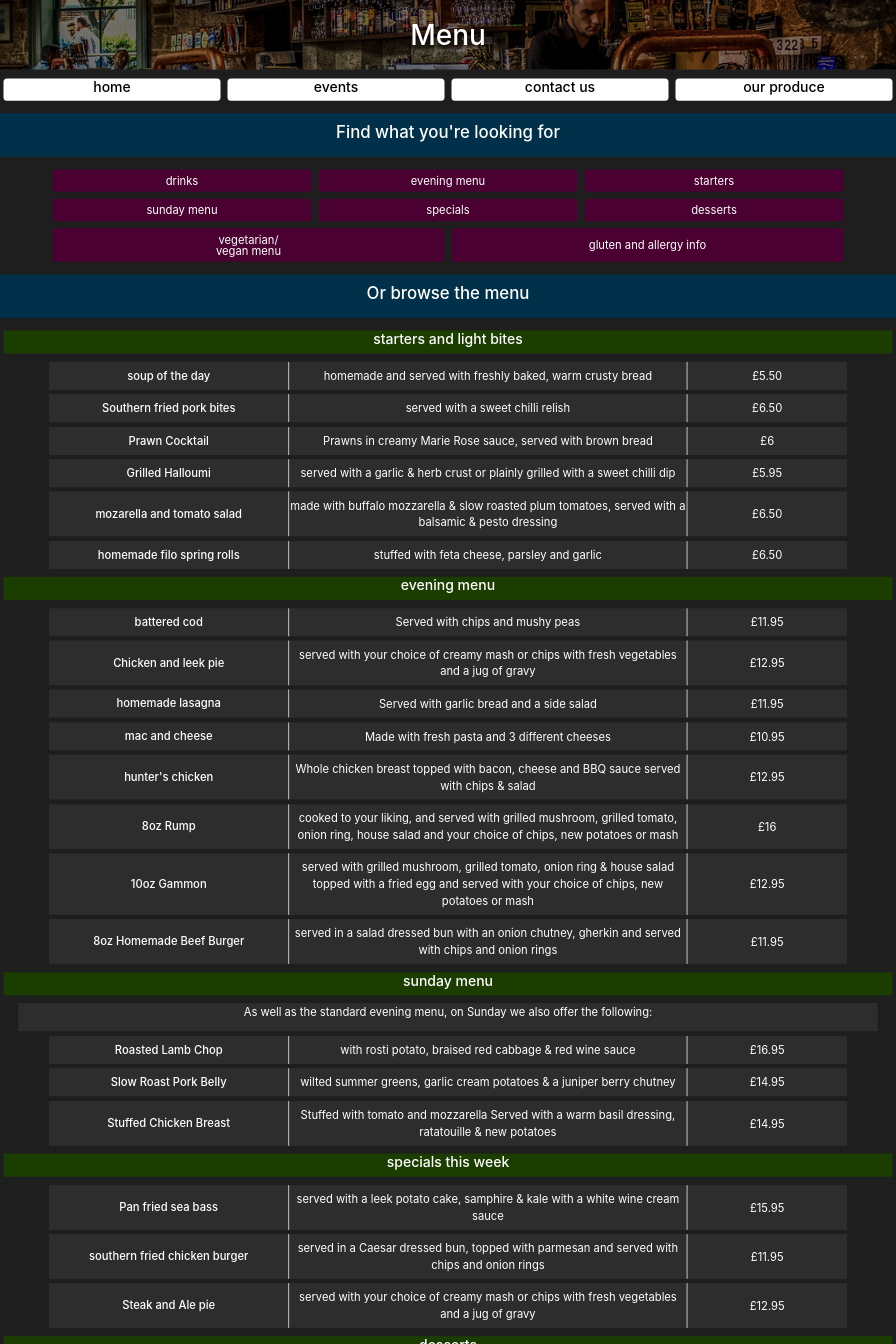
Repository: Code-Institute-Submissions/JamesLStudent-Milestone_One
Page: menu.html
The author's editor kept a record of every edit. The page is drawn from the files as they stood at one moment, then again after the next edit.
The browser window is 1280 px wide. The pictures show the part of the page from y = 0 to 1920 px (the page is 3155 px tall before and 3197 px after), at 70% of full size.

Above is the page before.
Console error: TypeError: Cannot read properties of undefined (reading 'fn')

### menu.html
<!DOCTYPE html>
<html lang="en">

<head>
    <meta charset="UTF-8">
    <meta name="viewport" content="width=device-width, initial-scale=1.0">
    <meta http-equiv="X-UA-Compatible" content="ie=edge">
    <title>Old Inn - Menu</title>
    <link href="Assets/main.css" rel="stylesheet" type="text/css" />
    <link rel="stylesheet" href="https://stackpath.bootstrapcdn.com/bootstrap/4.3.1/css/bootstrap.min.css" integrity="sha384-ggOyR0iXCbMQv3Xipma34MD+dH/1fQ784/j6cY/iJTQUOhcWr7x9JvoRxT2MZw1T" crossorigin="anonymous">
    <script src="https://stackpath.bootstrapcdn.com/bootstrap/4.3.1/js/bootstrap.min.js" integrity="sha384-JjSmVgyd0p3pXB1rRibZUAYoIIy6OrQ6VrjIEaFf/nJGzIxFDsf4x0xIM+B07jRM" crossorigin="anonymous"></script>
</head>

<body class="bg">
    <div class="menu-h1-background">
        <h1>Menu</h1>
    </div>
    <nav>
        <a href="index.html">
            <div class="col-6 col-md-12 col-lg-3 navigation-item black-text">
                <h5>home</h5>
            </div>
        </a>
        <a href="events.html">
            <div class="col-6 col-md-12 col-lg-3 navigation-item black-text">
                <h5>events</h5>
            </div>
        </a>
        <a href="contacts.html">
            <div class="col-12 col-md-12 col-lg-3 navigation-item black-text">
                <h5>contact us</h5>
            </div>
        </a>
        <a href="produce.html">
            <div class="col-12 col-md-12 col-lg-3 navigation-item black-text">
                <h5>our produce</h5>
            </div>
        </a>
    </nav>
    <div class="centerer">
        <div class="subtitle">
            <h4>Find what you're looking for</h4>
        </div>
        <div class="spacer"></div>
        <div class="container">
            <div class="row">
                <a href="#drinks" class="small-link col-4">
                    <p class="vert-align">drinks</p>
                </a>
                <a href="#evening" class="small-link col-4">
                    <p class="vert-align">evening menu</p>
                </a>
                <a href="#starters" class="small-link col-4">
                    <p class="vert-align">starters</p>
                </a>
                <a href="#sunday" class="small-link col-4">
                    <p class="vert-align">sunday menu</p>
                </a>
                <a href="#specials" class="small-link col-4">
                    <p class="vert-align">specials</p>
                </a>
                <a href="#desserts" class="small-link col-4">
                    <p class="vert-align">desserts</p>
                </a>
                <a href="#vegan" class="small-link col-6">
                    <p class="vert-align">vegetarian/<br>vegan menu</p>
                </a>
                <a href="#gluten" class="small-link col-6">
                    <p class="vert-align">gluten and allergy info</p>
                </a>
            </div>
        </div>
        <div class="subtitle">
            <h4>Or browse the menu</h4>
        </div>
        <div class="spacer"></div>
        <div class="sub-box">
            <h5 id="starters">starters and light bites</h5>
        </div>
        <div class="alt-link container">
            <div class="row">
                <span class="food">
                    <h6 class="vert-align">
                        soup of the day
                    </h6>
                </span>
                <span class="food-desc ">
                    <p class="vert-align">
                        homemade and served with freshly baked, warm crusty bread
                    </p>
                </span>
                <span class="food-cost">
                    <p class="vert-align">
                        £5.50
                    </p>
                </span>
            </div>
        </div>
        <div class="alt-link container">
            <div class="row">
                <span class="food">
                    <h6 class="vert-align">
                        Southern fried pork bites
                    </h6>
                </span>
                <span class="food-desc">
                    <p class="vert-align">
                        served with a sweet chilli relish
                    </p>
                </span>
                <span class="food-cost">
                    <p class="vert-align">£6.50</p>
                </span>
            </div>
        </div>
        <div class="alt-link container">
            <div class="row">
                <span class="food">
                    <h6 class="vert-align">Prawn Cocktail</h6>
                </span>
                <span class="food-desc">
                    <p class="vert-align">Prawns in creamy Marie Rose sauce, served with brown bread</p>
                </span>
                <span class="food-cost">
                    <p class="vert-align">£6</p>
                </span>
            </div>
        </div>
        <div class="alt-link container">
            <div class="row">
                <span class="food">
                    <h6 class="vert-align">Grilled Halloumi</h6>
                </span>
                <span class="food-desc">
                    <p class="vert-align">served with a garlic & herb crust or plainly grilled with a sweet chilli dip</p>
                </span>
                <span class="food-cost">
                    <p class="vert-align">£5.95</p>
                </span>
            </div>
        </div>
        <div class="alt-link container">
            <div class="row">
                <span class="food">
                    <h6 class="vert-align">mozarella and tomato salad</h6>
                </span>
                <span class="food-desc">
                    <p class="vert-align">made with buffalo mozzarella & slow roasted plum tomatoes, served with a balsamic & pesto dressing</p>
                </span>
                <span class="food-cost">
                    <p class="vert-align">£6.50</p>
                </span>
            </div>
        </div>
        <div class="alt-link container">
            <div class="row">
                <span class="food">
                    <h6 class="vert-align">homemade filo spring rolls</h6>
                </span>
                <span class="food-desc">
                    <p class="vert-align">stuffed with feta cheese, parsley and garlic</p>
                </span>
                <span class="food-cost">
                    <p class="vert-align">£6.50</p>
                </span>
            </div>
        </div>
        <div class="sub-box">
            <h5 id="evening">evening menu</h5>
        </div>
        <div class="alt-link container">
            <div class="row">
                <span class="food">
                    <h6 class="vert-align">battered cod</h6>
                </span>
                <span class="food-desc">
                    <p class="vert-align">Served with chips and mushy peas</p>
                </span>
                <span class="food-cost">
                    <p class="vert-align">£11.95</p>
                </span>
            </div>
        </div>
        <div class="alt-link container">
            <div class="row">
                <span class="food">
                    <h6 class="vert-align">Chicken and leek pie</h6>
                </span>
                <span class="food-desc">
                    <p class="vert-align">served with your choice of creamy mash or chips with fresh vegetables and a jug of gravy</p>
                </span>
                <span class="food-cost">
                    <p class="vert-align">£12.95</p>
                </span>
            </div>
        </div>
        <div class="alt-link container">
            <div class="row">
                <span class="food">
                    <h6 class="vert-align">homemade lasagna</h6>
                </span>
                <span class="food-desc">
                    <p class="vert-align">Served with garlic bread and a side salad</p>
                </span>
                <span class="food-cost">
                    <p class="vert-align">£11.95</p>
                </span>
            </div>
        </div>
        <div class="alt-link container">
            <div class="row">
                <span class="food">
                    <h6 class="vert-align">mac and cheese</h6>
                </span>
                <span class="food-desc">
                    <p class="vert-align">Made with fresh pasta and 3 different cheeses</p>
                </span>
                <span class="food-cost">
                    <p class="vert-align">£10.95</p>
                </span>
            </div>
        </div>
        <div class="alt-link container">
            <div class="row">
                <span class="food">
                    <h6 class="vert-align">hunter's chicken</h6>
                </span>
                <span class="food-desc">
                    <p class="vert-align">Whole chicken breast topped with bacon, cheese and BBQ sauce served with chips & salad</p>
                </span>
                <span class="food-cost">
                    <p class="vert-align">£12.95</p>
                </span>
            </div>
        </div>
        <div class="alt-link container">
            <div class="row">
                <span class="food">
                    <h6 class="vert-align">8oz Rump</h6>
                </span>
                <span class="food-desc">
                    <p class="vert-align">cooked to your liking, and served with grilled mushroom, grilled tomato, onion ring, house salad and your choice of chips, new potatoes or mash</p>
                </span>
                <span class="food-cost">
                    <p class="vert-align">£16</p>
                </span>
            </div>
        </div>
        <div class="alt-link container">
            <div class="row">
                <span class="food">
                    <h6 class="vert-align">10oz Gammon</h6>
                </span>
                <span class="food-desc">
                    <p class="vert-align">served with grilled mushroom, grilled tomato, onion ring & house salad topped with a fried egg and served with your choice of chips, new potatoes or mash </p>
                </span>
                <span class="food-cost">
                    <p class="vert-align">£12.95</p>
                </span>
            </div>
        </div>
        <div class="alt-link container">
            <div class="row">
                <span class="food">
                    <h6 class="vert-align">8oz Homemade Beef Burger</h6>
                </span>
                <span class="food-desc">
                    <p class="vert-align">served in a salad dressed bun with an onion chutney, gherkin and served with chips and onion rings</p>
                </span>
                <span class="food-cost">
                    <p class="vert-align">£11.95</p>
                </span>
            </div>
        </div>
        <div class="sub-box">
            <h5 id="sunday">sunday menu</h5>
        </div>
        <div class="alt-link">
            <p>As well as the standard evening menu, on Sunday we also offer the following:</p>
        </div>
        <div class="alt-link container">
            <div class="row">
                <span class="food">
                    <h6 class="vert-align">Roasted Lamb Chop</h6>
                </span>
                <span class="food-desc">
                    <p class="vert-align">with rosti potato, braised red cabbage & red wine sauce</p>
                </span>
                <span class="food-cost">
                    <p class="vert-align">£16.95</p>
                </span>
            </div>
        </div>
        <div class="alt-link container">
            <div class="row">
                <span class="food">
                    <h6 class="vert-align">Slow Roast Pork Belly</h6>
                </span>
                <span class="food-desc">
                    <p class="vert-align">wilted summer greens, garlic cream potatoes & a juniper berry chutney</p>
                </span>
                <span class="food-cost">
                    <p class="vert-align">£14.95</p>
                </span>
            </div>
        </div>
        <div class="alt-link container">
            <div class="row">
                <span class="food">
                    <h6 class="vert-align">Stuffed Chicken Breast</h6>
                </span>
                <span class="food-desc">
                    <p class="vert-align">Stuffed with tomato and mozzarella Served with a warm basil dressing, ratatouille & new potatoes</p>
                </span>
                <span class="food-cost">
                    <p class="vert-align">£14.95</p>
                </span>
            </div>
        </div>
        <div class="sub-box">
            <h5 id="specials">specials this week</h5>
        </div>
        <div class="alt-link container">
            <div class="row">
                <span class="food">
                    <h6 class="vert-align">Pan fried sea bass</h6>
                </span>
                <span class="food-desc">
                    <p class="vert-align">served with a leek potato cake, samphire & kale with a white wine cream sauce</p>
                </span>
                <span class="food-cost">
                    <p class="vert-align">£15.95</p>
                </span>
            </div>
        </div>
        <div class="alt-link container">
            <div class="row">
                <span class="food">
                    <h6 class="vert-align">southern fried chicken burger</h6>
                </span>
                <span class="food-desc">
                    <p class="vert-align">served in a Caesar dressed bun, topped with parmesan and served with chips and onion rings</p>
                </span>
                <span class="food-cost">
                    <p class="vert-align">£11.95</p>
                </span>
            </div>
        </div>
        <div class="alt-link container">
            <div class="row">
                <span class="food">
                    <h6 class="vert-align">Steak and Ale pie</h6>
                </span>
                <span class="food-desc">
                    <p class="vert-align">served with your choice of creamy mash or chips with fresh vegetables and a jug of gravy</p>
                </span>
                <span class="food-cost">
                    <p class="vert-align">£12.95</p>
                </span>
            </div>
        </div>
        <div class="sub-box">
            <h5 id="desserts">desserts</h5>
        </div>
        <div class="alt-link container">
            <div class="row">
                <span class="food">
                    <h6 class="vert-align">lemon cheesecake</h6>
                </span>
                <span class="food-desc ">
                    <p class="vert-align">made in-house with fresh lemon and served with either cream or ice cream</p>
                </span>
                <span class="food-cost">
                    <p class="vert-align">£5.50</p>
                </span>
            </div>
        </div>
        <div class="alt-link container">
            <div class="row">
                <span class="food">
                    <h6 class="vert-align">hot chocolate fudgecake</h6>
                </span>
                <span class="food-desc">
                    <p class="vert-align">with chocolate sauce melted chocolate fudge, served with ice cream or cream</p>
                </span>
                <span class="food-cost">
                    <p class="vert-align">£6</p>
                </span>
            </div>
        </div>
        <div class="alt-link container">
            <div class="row">
                <span class="food">
                    <h6 class="vert-align">raspberry pavlova</h6>
                </span>
                <span class="food-desc">
                    <p class="vert-align">with chewy meringue and sweet raspberries and cream</p>
                </span>
                <span class="food-cost">
                    <p class="vert-align">£5.50</p>
                </span>
            </div>
        </div>
        <div class="sub-box">
            <h5 id="vegan">vegan and vegetarian options</h5>
        </div>
        <div class="alt-link container">
            <div class="row">
                <span class="food">
                    <h6 class="vert-align">vegetable chilli</h6>
                </span>
                <span class="food-desc ">
                    <p class="vert-align">made with roast vegetables with a sauce made in-house and served with fluffy rice. sour cream available for vegetarians</p>
                </span>
                <span class="food-cost">
                    <p class="vert-align">£9.50</p>
                </span>
            </div>
        </div>
        <div class="alt-link container">
            <div class="row">
                <span class="food">
                    <h6 class="vert-align">asparagus and lemon spaghetti</h6>
                </span>
                <span class="food-desc">
                    <p class="vert-align">made with fresh ingredients and served in a creamy vegan sauce</p>
                </span>
                <span class="food-cost">
                    <p class="vert-align">£9</p>
                </span>
            </div>
        </div>
        <div class="alt-link container">
            <div class="row">
                <span class="food">
                    <h6 class="vert-align">pizza margherita</h6>
                </span>
                <span class="food-desc">
                    <p class="vert-align">made with vegan mozzarella and homemade tomato sauce on a crispy pizza base</p>
                </span>
                <span class="food-cost">
                    <p class="vert-align">£11.50</p>
                </span>
            </div>
        </div>
        <div class="sub-box">
            <h5 id="drinks">drinks</h5>
        </div>
        <div class="alt-link container">
            <div class="row">
                <span class="food">
                    <h6 class="vert-align">Punk IPA</h6>
                </span>
                <span class="food-desc">
                    <p class="vert-align">Light gold in colour, a perfect match for spicy food or an excellent compliment to a blue cheese</p>
                </span>
                <span class="food-cost">
                    <p class="vert-align">£7</p>
                </span>
            </div>
        </div>
        <div class="alt-link container">
            <div class="row">
                <span class="food">
                    <h6 class="vert-align">Doombar bitter</h6>
                </span>
                <span class="food-desc">
                    <p class="vert-align">A creamy, nutty malt with a dry finish</p>
                </span>
                <span class="food-cost">
                    <p class="vert-align">£6</p>
                </span>
            </div>
        </div>
        <div class="alt-link container">
            <div class="row">
                <span class="food">
                    <h6 class="vert-align">Gem amber ale</h6>
                </span>
                <span class="food-desc">
                    <p class="vert-align">A creamy, nutty malt with a dry finish</p>
                </span>
                <span class="food-cost">
                    <p class="vert-align">£6.50</p>
                </span>
            </div>
        </div>
        <div class="sub-box">
            <h5 id="gluten">gluten and allergy information</h5>
        </div>
        <div class="alt-link">
            <p>our recipes are subject to regular change because we constantly strive to improve. unfortunately, this means we can't always be certain about which foods have gluten or allergens - if you're unsure, ask us in-house, and we'll do our best to
                help you out.</p>
        </div>
        <div class="spacer"></div>
        <footer>
            <div class="footer">
                <div class="col-12 footer-div text-muted">
                    <h5>contact</h5>
                </div>
                <div class="col-12 col-md-6 col-lg-8 left footer-div text-muted left-align">
                    <h6>opening times</h6>
                    <p class="left-align">
                        </br>
                        Mon - Thu: 11:00 - 23:00</br>
                        Fri - Sat: 11:00 - 00:00</br>
                        Sun: 12:00 - 22:30</br>
                        </br>
                    </p>
                    <h6>food served</h6>
                    <p class="left-align">
                        </br>
                        Mon - Fri: 12:00 - 14:30, 17:00 - 21:00</br>
                        Sat: 12:00 - 21:00</br>
                        Sun: 12:00 - 15:00, 17:30 - 20:00</p>
                </div>
                <div class="col-12 col-md-6 col-lg-4 left footer-div text-muted left-align">
                    <h6>contact details</h6>
                    <p class="left-align">
                        </br>Fake Street, Coalpit Heath, Bristol, FA73 0NE</br>01454 123456</br>
                        info@oldinncoalpitheath.co.uk</p>
                    <h6>
                        </br>follow us</h6>
                    <p>
                        </br>facebook link</p>
                </div>
            </div>
        </footer>
    </div>
</body>

</html>

Loaded but not shown: Assets/main.css (451 lines, source omitted)

After the next edit:
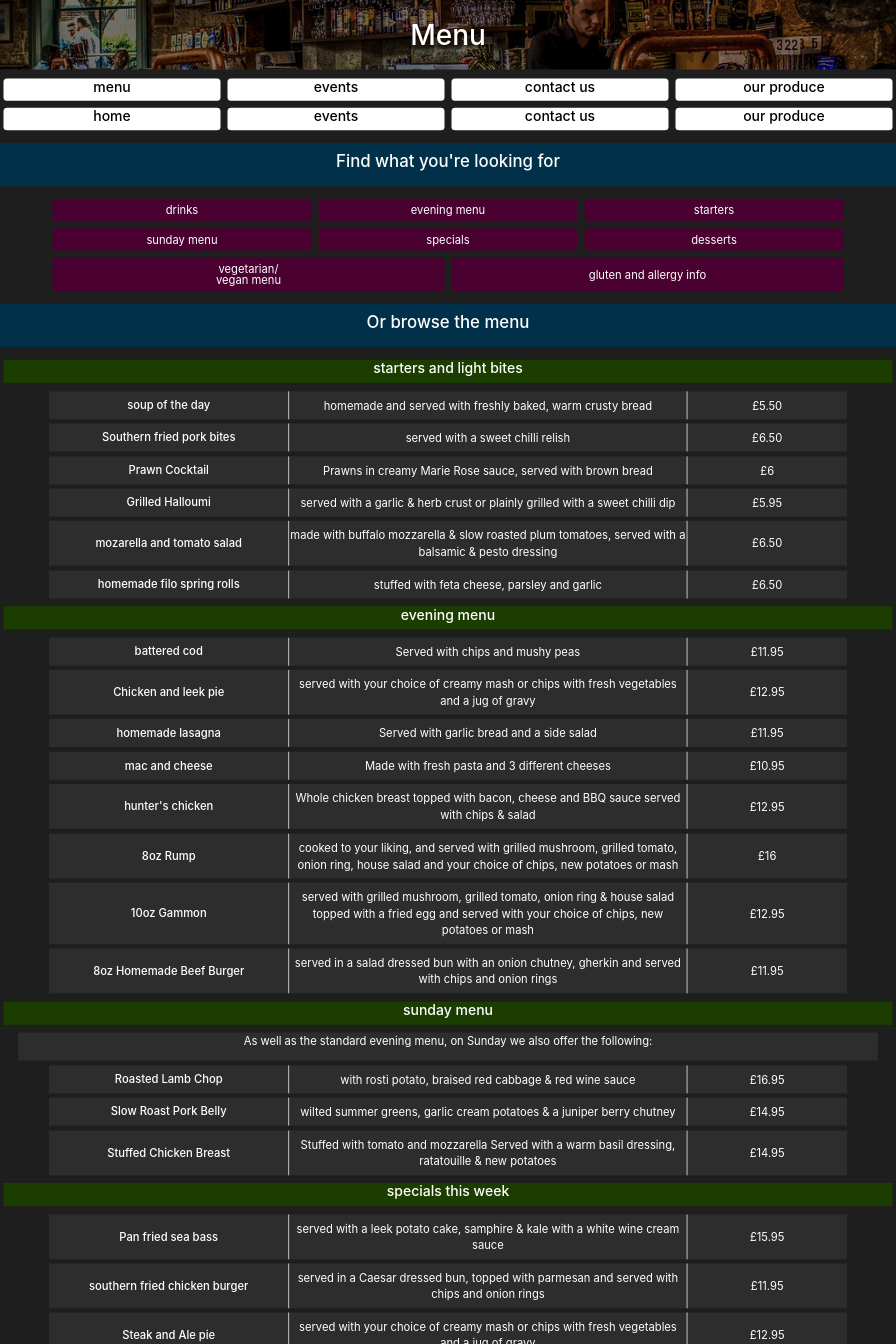
The edit:
--- a/menu.html
+++ b/menu.html
@@ -15,6 +15,61 @@
     <div class="menu-h1-background">
         <h1>Menu</h1>
     </div>
+
+
+    <div class="dropdown-vis">
+        <input id="check01" type="checkbox" name="menu" />
+        <label class="black-text navigation-menu" for="check01"><h5>more info</h5></label>
+        <ul class="submenu">
+            <li>
+                <a href="menu.html">
+                    <div class="col-6 col-md-12 col-lg-3 navigation-item black-text">
+                        <h5>menu</h5>
+                    </div>
+                </a>
+                <a href="events.html">
+                    <div class="col-6 col-md-12 col-lg-3 navigation-item black-text">
+                        <h5>events</h5>
+                    </div>
+                </a>
+                <a href="contacts.html">
+                    <div class="col-12 col-md-12 col-lg-3 navigation-item black-text">
+                        <h5>contact us</h5>
+                    </div>
+                </a>
+                <a href="produce.html">
+                    <div class="col-12 col-md-12 col-lg-3 navigation-item black-text">
+                        <h5>our produce</h5>
+                    </div>
+                </a>
+            </li>
+        </ul>
+    </div>
+    <div class="desktop-nav">
+        <a href="menu.html">
+            <div class="col-6 col-md-12 col-lg-3 navigation-item black-text">
+                <h5>menu</h5>
+            </div>
+        </a>
+        <a href="events.html">
+            <div class="col-6 col-md-12 col-lg-3 navigation-item black-text">
+                <h5>events</h5>
+            </div>
+        </a>
+        <a href="contacts.html">
+            <div class="col-12 col-md-12 col-lg-3 navigation-item black-text">
+                <h5>contact us</h5>
+            </div>
+        </a>
+        <a href="produce.html">
+            <div class="col-12 col-md-12 col-lg-3 navigation-item black-text">
+                <h5>our produce</h5>
+            </div>
+        </a>
+    </div>
+
+
+
     <nav>
         <a href="index.html">
             <div class="col-6 col-md-12 col-lg-3 navigation-item black-text">
